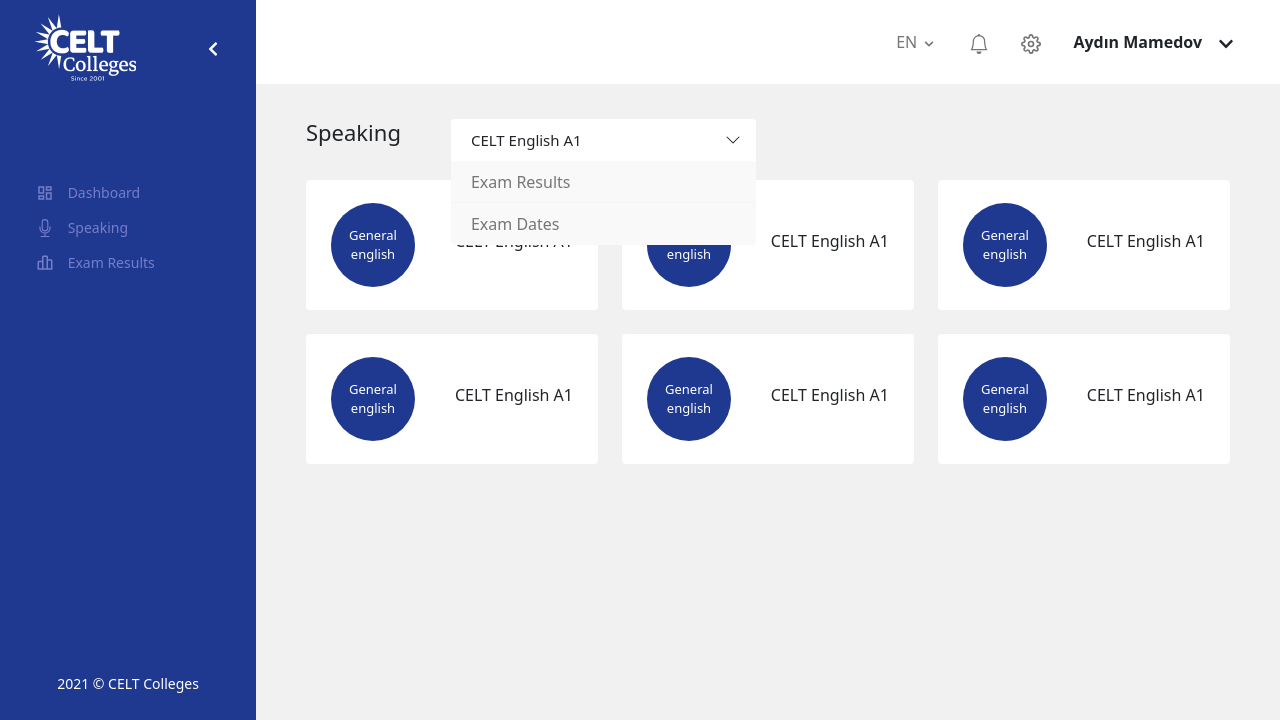
Repository: aydinws/celtapp
Page: /speaking
These files come from the project's save history. The page is drawn as it stood at one moment and after the next save; the edit follows.
The browser window is 1280 px wide. The pictures show the whole page.
The project was rebuilt for these pictures with package versions that can differ from the ones it lists, and the page was loaded fresh each time. Also part of the build but not shown: src/pages/Dashboard/index.js, src/pages/ExamResults/index.scss, src/components/Table/index.scss, src/components/Pagination/index.scss, src/components/Pagination/index.js, src/components/Table/index.js, src/pages/ExamResults/index.js.

Above is the page before, as saved 2021-06-10 00:45:43.

### src/assets/css/app.scss
@import 'code';

* {
    list-style: none !important;
    text-decoration: none !important;
    outline: none !important;
}

body {
    height: 100%;
    background-color: $bgColor !important;
}

.app {
    height: 100%;
    display: flex;

    .content {
        height: 100vh;
        flex: 1;
    }
}

.section {
    margin: 35px 50px;

    @media screen and (max-width:481px) {
        margin: 35px 20px;
    }

    .content-body-head {

        h3 {
            font-size: 22px;
            margin: 0 0 35px;
        }

        .search-input {
            width: 278px;
            height: 42px;
            border-radius: 4px;
            overflow: hidden;
            float: right;

            @media screen and (max-width:768px) {
                margin: 0 0 20px;
                width: 100%;
            }

            input {
                width: 236px;
                height: 42px;
                padding: 0 0 0 20px;
                border: 1px solid #FFFFFF;
                background-color: #FFFFFF;
                font-size: 15px;

                @media screen and (max-width:768px) {
                    width: calc(100% - 42px);
                }
            }

            input::placeholder {
                font-weight: 500;
            }

            svg {
                fill: $grayColor;
                padding: 12px;
                width: 42px;
                height: 42px;
                background-color: #FFFFFF;
                margin: 0 0 4px;
            }
        }
    }
}

.orange { fill: $orangeColor; color: $orangeColor !important; }
.red { fill: $redColor; color: $redColor !important; }
.green { fill: $greenColor; color: $greenColor !important; }
.c-pointer { cursor: pointer; }

### src/pages/Speakings/index.js
import React, { useState } from 'react';
import './index.scss';

// components
import Sidebar from '../../components/SideBar';
import TopBar from '../../components/TopBar';

//icons
import { BsChevronDown } from "react-icons/bs";

function Speaking() {

    const [visible, setVisible] = useState(true);

    const openCloseMenu = () => {
        setVisible(!visible);
    }
    return (
        <div className="app">
            {visible && <Sidebar openCloseMenu={openCloseMenu} />}

            <div className="content">
                <TopBar openCloseMenu={openCloseMenu} />

                <div className="section">
                    <div className="content-body-head">
                        <div className="row">
                            <div className="col-12 col-md-6 d-flex">
                                <h3>Speaking</h3>
                                <div className="select-option">
                                    <div className="select-option-btn">
                                        <span>CELT English A1</span>
                                        <BsChevronDown />
                                    </div>
                                    <div className="select-option-items">
                                        <ul>
                                            <li><a href="/">Exam Results</a></li>
                                            <li><a href="/">Exam Dates</a></li>
                                        </ul>
                                    </div>
                                </div>
                            </div>
                        </div>
                    </div>
                    <div className="content-body">
                        <div className="row">
                            <div className="col-12 col-md-6 col-lg-4 mb-4">
                                <div className="card card--speaking">
                                    <div className="card-circle">
                                        <p>General english</p>
                                    </div>
                                    <h6>CELT English A1</h6>
                                </div>
                            </div>
                            <div className="col-12 col-md-6 col-lg-4 mb-4">
                                <div className="card card--speaking">
                                    <div className="card-circle">
                                        <p>General english</p>
                                    </div>
                                    <h6>CELT English A1</h6>
                                </div>
                            </div>
                            <div className="col-12 col-md-6 col-lg-4 mb-4">
                                <div className="card card--speaking">
                                    <div className="card-circle">
                                        <p>General english</p>
                                    </div>
                                    <h6>CELT English A1</h6>
                                </div>
                            </div>
                            <div className="col-12 col-md-6 col-lg-4 mb-4">
                                <div className="card card--speaking">
                                    <div className="card-circle">
                                        <p>General english</p>
                                    </div>
                                    <h6>CELT English A1</h6>
                                </div>
                            </div>
                            <div className="col-12 col-md-6 col-lg-4 mb-4">
                                <div className="card card--speaking">
                                    <div className="card-circle">
                                        <p>General english</p>
                                    </div>
                                    <h6>CELT English A1</h6>
                                </div>
                            </div>
                            <div className="col-12 col-md-6 col-lg-4 mb-4">
                                <div className="card card--speaking">
                                    <div className="card-circle">
                                        <p>General english</p>
                                    </div>
                                    <h6>CELT English A1</h6>
                                </div>
                            </div>
                        </div>
                    </div>
                </div>
            </div>
        </div>
    );
}

export default Speaking;

### src/assets/css/code.scss
$bgColor: #F1F1F1;
$mainBlue: #1E398F;
$blueTextColor: #757ECB;
$orangeColor: #EE7100;
$redColor: #C10000;
$greenColor: #009F3F;
$grayColor: #767676;

### src/pages/Dashboard/index.scss
@import '../../assets/css/code.scss';
@import '../../assets/css/custom.scss';

.anime-h {
    height: 66px;
}

.content-body {
    .card {
        border-radius: 4px;
        padding: 23px 25px;
        overflow: hidden;

        &--dashboard {
            width: 100%;
            height: 100%;
            position: relative;
        }

        .card-header {
            border-bottom: 0.5px solid #DEDEDE;
            background-color: #FFFFFF;
            padding: 0;
            display: flex;
            justify-content: space-between;

            svg {
                fill: $orangeColor;
                width: 22px;
                height: 22px;
            }

            h4 {
                font-size: 18px;
                margin: 0 0 20px;
                padding: 0;
                cursor: pointer;
            }
        }

        ul {
            padding: 0;
        }

        ul li {
            margin-top: 25px;
        }

        ul li h4 {
            font-size: 15px;
            text-transform: uppercase;
            padding: 0;
        }

        ul li p {
            font-size: 12px;
            color: #878787;
        }

        label {
            display: flex;
            align-items: center;
            position: relative;
            cursor: pointer;
        }

        label {
            div {
                font-size: 15px;
                text-transform: uppercase;
                padding: 0;
                margin: 0 30px;
                font-weight: 500;
            }
        }

        a {
            color: $mainBlue;
            text-decoration: none;
            font-size: 13px;
            position: absolute;
            right: 0;
            bottom: 0;
            margin: 25px;
            font-weight: bold;
        }

        svg {
            fill: $mainBlue;
            width: 7px;
            padding: 0 0 2px;
        }
    }
}

### src/pages/Speakings/index.scss
@import '../../assets/css/code.scss';
@import '../../assets/css/custom.scss';

.anime-h {
    height: 64px;
}

.content-body {
    .card {
        border-radius: 4px;
        padding: 23px 25px;
        overflow: hidden;

        &--speaking {
            border: 0;
            flex-direction: row;
            justify-content: space-between;
            align-items: center;
            cursor: pointer;
        }

        .card-circle {
            width: 84px;
            height: 84px;
            background-color: $mainBlue;
            color: #FFFFFF;
            border-radius: 50%;
            text-align: center;
            display: flex;
            align-items: center;

            p {
                font-size: 13px;
                margin: 0;
            }

            h6 {
                font-size: 17px;
            }
        }
    }
}

.select-option {
    width: 100%;
    min-height: 42px;
    margin: 0 0 0 50px;
    position: relative;
    z-index: 5;

    &:active {
        border: 1px solid #ddd
    }

    .select-option-btn {
        cursor: pointer;
        width: 100%;
        height: 42px;
        background-color: #FFFFFF;
        display: flex;
        justify-content: space-between;
        align-items: center;
        padding: 0 5px 0 20px;
        border-radius: 4px 4px 0 0;
    }

    &:hover {
        background-color: #F9F9F9;
    }

    span {
        font-weight: 500;
        font-size: 15px;
    }

    svg {
        margin-right: 10px;
    }

    .select-option-items {
        z-index: 5;
        position: absolute;
        width: 100%;
        height: auto;
        min-height: 42px;
        left: 0;
        top: 42px;
        background-color: #F9F9F9;
        border-radius: 0 0 4px 4px;

        ul {
            padding: 0;
            margin: 0;

            li {
                a {
                    width: 100%;
                    height: 42px;
                    display: flex;
                    align-items: center;
                    color: $grayColor;
                    padding-left: 20px;
                    border-bottom: 1px solid #F5F5F5;
                }

                &:last-child a {
                    border-bottom: 0;
                }
            }
        }
    }
}

### src/assets/css/custom.scss
.custom-checkbox {
    position: absolute;
    opacity: 0;
    height: 0;
    width: 0;
}

.checkmark {
    position: absolute;
    top: 2px;
    left: 0;
    height: 18px;
    width: 18px;
    background-color: #eee;
    cursor: pointer;
    border-radius: 2px;
}

.custom-checkbox:hover input ~ .checkmark {
    background-color: #ccc;
}

.custom-checkbox:checked ~ .checkmark {
    background-color: $mainBlue;
}

.checkmark:after {
    content: "";
    position: absolute;
    display: none;
}

.custom-checkbox:checked ~ .checkmark:after {
    display: block;
}

.checkmark:after {
    left: 7px;
    top: 4px;
    width: 4px;
    height: 8px;
    border: solid white;
    border-width: 0 2px 2px 0;
    -webkit-transform: rotate(45deg);
    -ms-transform: rotate(45deg);
    transform: rotate(45deg);
}

.custom-radio {
    position: absolute;
    opacity: 0;
    height: 0;
    width: 0;
}

.radiomark {
    position: absolute;
    top: 2px;
    left: 0;
    height: 18px;
    width: 18px;
    background-color: #eee;
    cursor: pointer;
    border-radius: 50%;
}

.custom-radio input ~ .radiomark {
    background-color: #ccc;
}

.custom-radio:checked ~ .radiomark {
    background-color: $mainBlue;
}

.radiomark:after {
    content: "";
    position: absolute;
    display: none;
}

.custom-radio:checked ~ .radiomark:after {
    display: block;
}


.radiomark:after {
    top: 6px;
	left: 6px;
	width: 6px;
	height: 6px;
	border-radius: 50%;
	background: white;
}

### src/components/SideBar/index.scss
@import '../../assets/css/code.scss';

.side-bar {
    width: 256px;

    @media screen and (max-width:1024px) {
        position: fixed;
        z-index: 10;
    }

    .side-bar-content {
        width: 256px;
        height: 100%;
        position: fixed;
        z-index: 10;
        background-color: $mainBlue;

        p {
            width: 100%;
            text-align: center;
            position: absolute;
            bottom: 10px;
            color: #FFFFFF;
            font-size: 14px;
        }
    }

    .side-bar-content-header {
        display: flex;
        justify-content: space-between;
        padding: 14px 35px;
        align-items: center;

        svg {
            fill: #FFFFFF;
            cursor: pointer;
        }
    }

    .side-bar-content-body {
        ul {
            padding: 0;
            width: 100%;
            margin-top: 83px;
        }

        li {
            padding: 0 33px;
            margin: 10px 0;
            transition: border-left 200ms;
            border-left: 3px solid transparent;

            svg {
                width: 18px;
                height: 18px;
                fill: $blueTextColor;
                margin-right: 10px;
                margin-bottom: 3.5px;
                transition: fill 400ms;
            }

            a {
                font-size: 14px;
                color: $blueTextColor;
                text-decoration: none;
                transition: color 400ms;
            }

            &:hover {
                border-left: 3px solid #FFFFFF;
            }

            &:hover svg {
                fill: #FFFFFF;
            }

            &:hover a {
                color: #FFFFFF;
            }
        }
    }
}

### src/components/SelectOption/index.js
import React from 'react';
import './index.scss';

// npm modules
import { Link } from "react-router-dom";

// icons
import { FaChevronLeft } from "react-icons/fa";
import { BsMic } from "react-icons/bs";
import { RiDashboardLine } from "react-icons/ri";
import { BiBarChartAlt2 } from "react-icons/bi";

// images
import Logo from '../../assets/images/logo.png';

function Sidebar({ openCloseMenu }) {
    return (
        <div className="side-bar">
            <div className="side-bar-content">
                <div className="side-bar-content-header">
                    <img src={Logo} alt="Logo" />
                    <FaChevronLeft onClick={openCloseMenu} />
                </div>
                <div className="side-bar-content-body">
                    <ul>
                        <li>
                            <Link to="/"><RiDashboardLine /> Dashboard</Link>
                        </li>
                        <li>
                            <Link to="/speaking"><BsMic /> Speaking</Link>
                        </li>
                        <li>
                            <Link to="/examresults"><BiBarChartAlt2 /> Exam Results</Link>
                        </li>
                    </ul>
                </div>
                <p>2021 © CELT Colleges</p>
            </div>
        </div>
    );
}

export default Sidebar;

### src/components/SelectOption/index.scss
@import '../../assets/css/code.scss';

.side-bar {
    width: 256px;

    @media screen and (max-width:1024px) {
        position: fixed;
        z-index: 10;
    }

    .side-bar-content {
        width: 256px;
        height: 100%;
        position: fixed;
        z-index: 10;
        background-color: $mainBlue;

        p {
            width: 100%;
            text-align: center;
            position: absolute;
            bottom: 10px;
            color: #FFFFFF;
            font-size: 14px;
        }
    }

    .side-bar-content-header {
        display: flex;
        justify-content: space-between;
        padding: 14px 35px;
        align-items: center;

        svg {
            fill: #FFFFFF;
            cursor: pointer;
        }
    }

    .side-bar-content-body {
        ul {
            padding: 0;
            width: 100%;
            margin-top: 83px;
        }

        li {
            padding: 0 33px;
            margin: 10px 0;
            transition: border-left 200ms;
            border-left: 3px solid transparent;

            svg {
                width: 18px;
                height: 18px;
                fill: $blueTextColor;
                margin-right: 10px;
                margin-bottom: 3.5px;
                transition: fill 400ms;
            }

            a {
                font-size: 14px;
                color: $blueTextColor;
                text-decoration: none;
                transition: color 400ms;
            }

            &:hover {
                border-left: 3px solid #FFFFFF;
            }

            &:hover svg {
                fill: #FFFFFF;
            }

            &:hover a {
                color: #FFFFFF;
            }
        }
    }
}

Loaded but not shown: public/index.html (common file); src/index.js (common file); src/components/SideBar/index.js (43 lines, source omitted); src/components/TopBar/index.js (41 lines, source omitted); src/App.js (28 lines, source omitted); src/components/TopBar/index.scss (110 lines, source omitted)

After the next save:
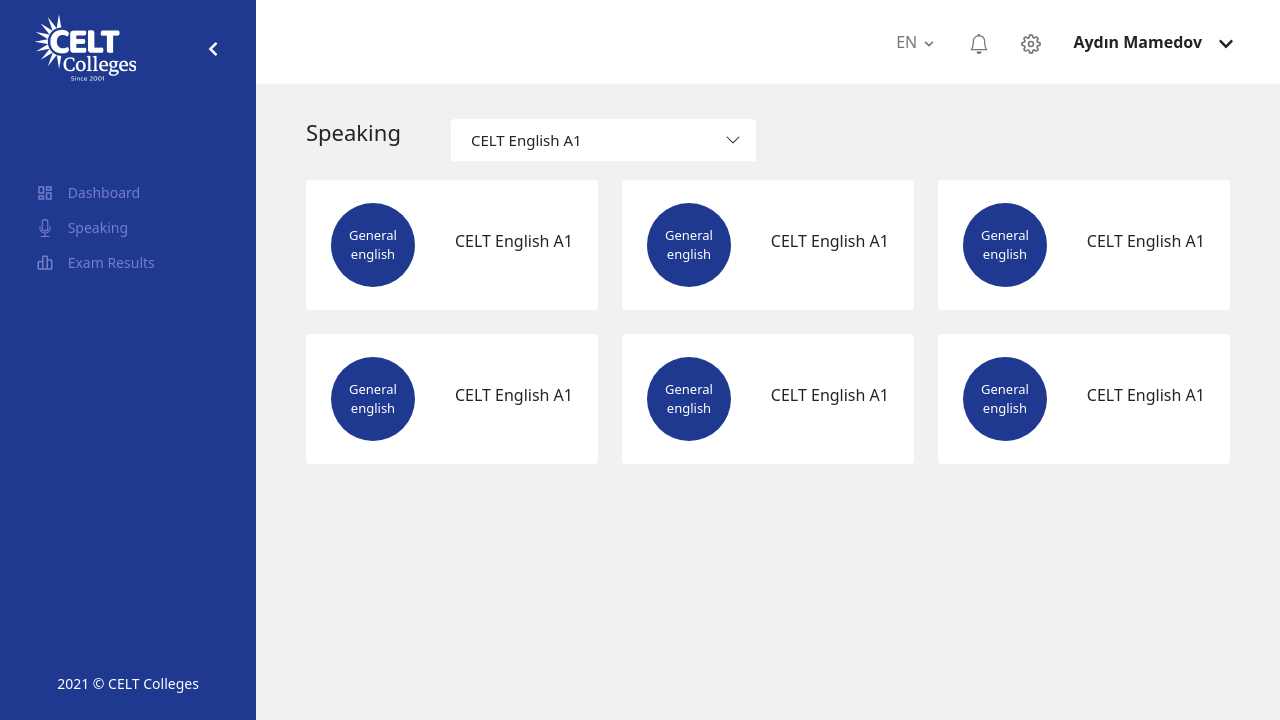
Saved 43 s later.
--- a/src/pages/Speakings/index.js
+++ b/src/pages/Speakings/index.js
@@ -32,12 +32,7 @@
                                         <span>CELT English A1</span>
                                         <BsChevronDown />
                                     </div>
-                                    <div className="select-option-items">
-                                        <ul>
-                                            <li><a href="/">Exam Results</a></li>
-                                            <li><a href="/">Exam Dates</a></li>
-                                        </ul>
-                                    </div>
+
                                 </div>
                             </div>
                         </div>

After the 5 saves that followed:
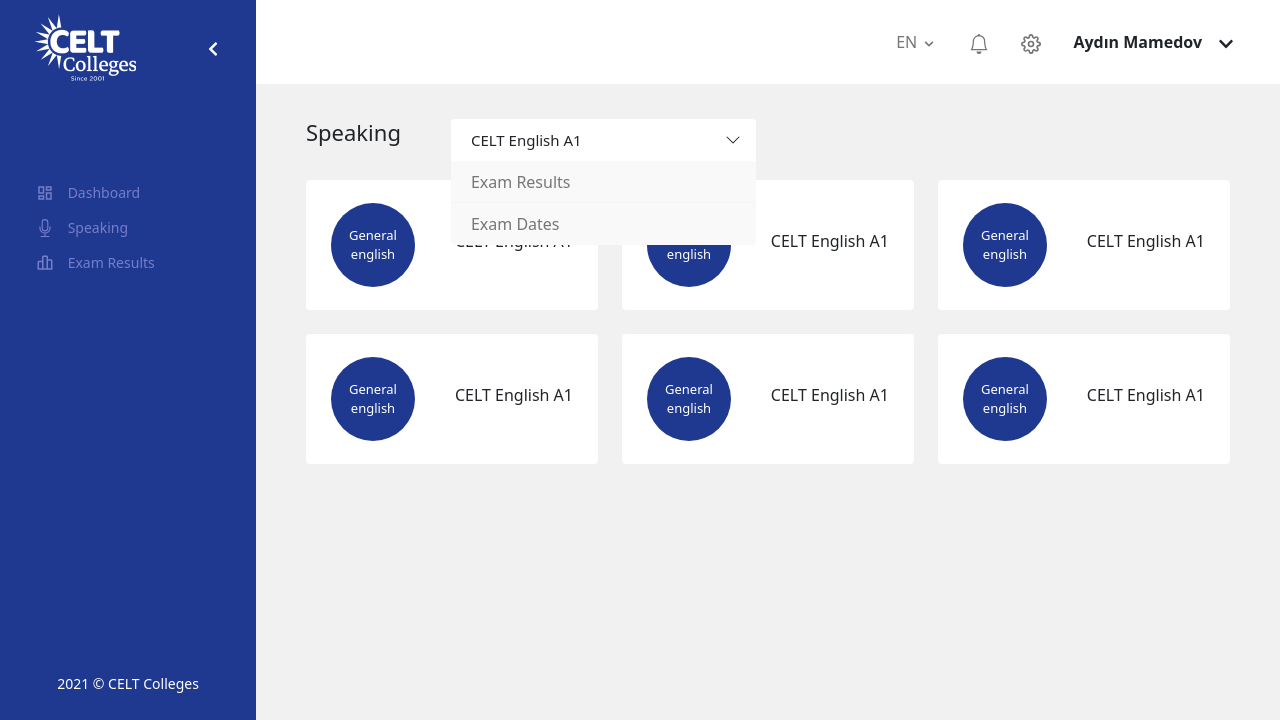
The 5 saves are shown as one change because 3 left the picture as it was and some came seconds apart.
The last was saved 76 s later.
--- a/src/pages/Speakings/index.js
+++ b/src/pages/Speakings/index.js
@@ -4,9 +4,7 @@
 // components
 import Sidebar from '../../components/SideBar';
 import TopBar from '../../components/TopBar';
-
-//icons
-import { BsChevronDown } from "react-icons/bs";
+import SelectOption from '../../components/SelectOption';
 
 function Speaking() {
 
@@ -27,13 +25,7 @@
                         <div className="row">
                             <div className="col-12 col-md-6 d-flex">
                                 <h3>Speaking</h3>
-                                <div className="select-option">
-                                    <div className="select-option-btn">
-                                        <span>CELT English A1</span>
-                                        <BsChevronDown />
-                                    </div>
-
-                                </div>
+                                <SelectOption />
                             </div>
                         </div>
                     </div>
--- a/src/components/SelectOption/index.js
+++ b/src/components/SelectOption/index.js
@@ -1,43 +1,24 @@
 import React from 'react';
 import './index.scss';
 
-// npm modules
-import { Link } from "react-router-dom";
+// icons
+import { BsChevronDown } from "react-icons/bs";
 
-// icons
-import { FaChevronLeft } from "react-icons/fa";
-import { BsMic } from "react-icons/bs";
-import { RiDashboardLine } from "react-icons/ri";
-import { BiBarChartAlt2 } from "react-icons/bi";
-
-// images
-import Logo from '../../assets/images/logo.png';
-
-function Sidebar({ openCloseMenu }) {
+function Select({ openCloseMenu }) {
     return (
-        <div className="side-bar">
-            <div className="side-bar-content">
-                <div className="side-bar-content-header">
-                    <img src={Logo} alt="Logo" />
-                    <FaChevronLeft onClick={openCloseMenu} />
-                </div>
-                <div className="side-bar-content-body">
-                    <ul>
-                        <li>
-                            <Link to="/"><RiDashboardLine /> Dashboard</Link>
-                        </li>
-                        <li>
-                            <Link to="/speaking"><BsMic /> Speaking</Link>
-                        </li>
-                        <li>
-                            <Link to="/examresults"><BiBarChartAlt2 /> Exam Results</Link>
-                        </li>
-                    </ul>
-                </div>
-                <p>2021 © CELT Colleges</p>
+        <div className="select-option">
+            <div className="select-option-btn">
+                <span>CELT English A1</span>
+                <BsChevronDown />
+            </div>
+            <div className="select-option-items">
+                <ul>
+                    <li><a href="/">Exam Results</a></li>
+                    <li><a href="/">Exam Dates</a></li>
+                </ul>
             </div>
         </div>
     );
 }
 
-export default Sidebar;
+export default Select;
